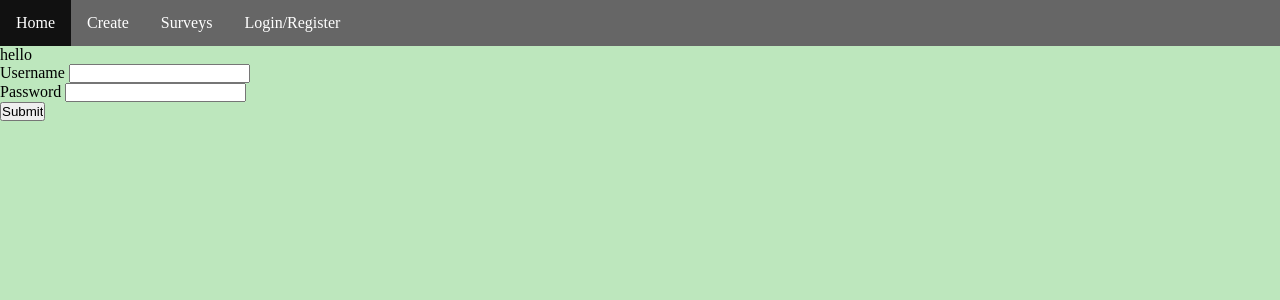
Repository: cakuang1/QuickSurveyReact
Page: /login
An editor plug-in stored every save of this project. The page is shown before and after the next save, followed by the edit.
The browser window is 1280 px wide. The pictures show the whole page.
The project was rebuilt for these pictures with package versions that can differ from the ones it lists, and the page was loaded fresh each time. Also part of the build but not shown: src/pages/create.js, src/pages/home.css, src/pages/home.js, src/pages/pastsurveys.js.

Above is the page before, as saved 2022-07-21 10:52:53.

### src/index.css
* {
  padding: 0;
  margin: 0;
}

body {


  background-color: rgb(189, 231, 189);



}

### src/App.js
import Create from './pages/create'
import Home from './pages/home'
import CreatedSurveys from './pages/pastsurveys'
import Nav from './components/Nav/Nav';
import Login from "./pages/login"

import {BrowserRouter,Route,Routes} from "react-router-dom";





function App() {
  return (
  <BrowserRouter>
    <Nav/>



    <Routes>
      <Route path='/' element = {<Home/>}></Route>
      <Route path = 'create' element = {<Create/>}></Route>
      <Route path = 'created' element = {<CreatedSurveys/>}></Route>
      <Route path = 'login' element = {<Login/>}></Route>
    </Routes>

  </BrowserRouter>

  );
}

export default App;

### src/components/Nav/Nav.js
import React,{useState} from "react";
import { NavLink } from "react-router-dom";
import './nav.css'



export default function Nav() {

    return (
        <div className="Nav">
            <ul>
                <li className="nav"><NavLink to = "/">Home</NavLink></li>
                <li className="nav"><NavLink to = "create">Create</NavLink></li>
                <li className="nav"><NavLink to = "created">Surveys</NavLink></li>
                <li className="nav"><NavLink to = "login">Login/Register</NavLink></li>
            </ul>
        </div>
    )




}

### src/pages/login.js
import React from 'react'
import './login.css'


function Loginform() {

  return (
    <div className='loginform'>hello
      <form>
        <div className="input-container">
          <label>Username </label>
          <input type="text" name="uname" required />

        </div>
        <div className="input-container">
          <label>Password </label>
          <input type="password" name="pass" required />

        </div>
        <div className="button-container">
          <input type="submit" />
        </div>
      </form>
    </div>
  )



}


function Registerform() {
  <div className='loginform'>hello
  </div>




}







export default function Login() {

  return (
    <div className='lrcontainer'>
      <div className='logincontainer'>
        <Loginform/>
      </div>
      <div className='registercontainer'>
        <Registerform/>
      </div>
    </div>

  )
}

### src/components/Nav/nav.css
ul {
    list-style-type: none;
    margin: 0;
    padding: 0;
    overflow: hidden;
    background-color: #666;
  }

  .nav {
    float: left;
  }

  .nav a {
    display: block;
    color: white;
    text-align: center;
    padding: 14px 16px;
    text-decoration: none;
  }



  /* Change the link color to #111 (black) on hover */
  .nav a:hover {
    background-color: #111;
  }

### src/pages/login.css
.lrcontainer {
    display: flex;
}

.logincontainer {
    width: 50%;
    height: 100%;

}


.registercontainer {
    width:50%
}

Loaded but not shown: public/index.html (common file); src/index.js (common file)

After the next save:
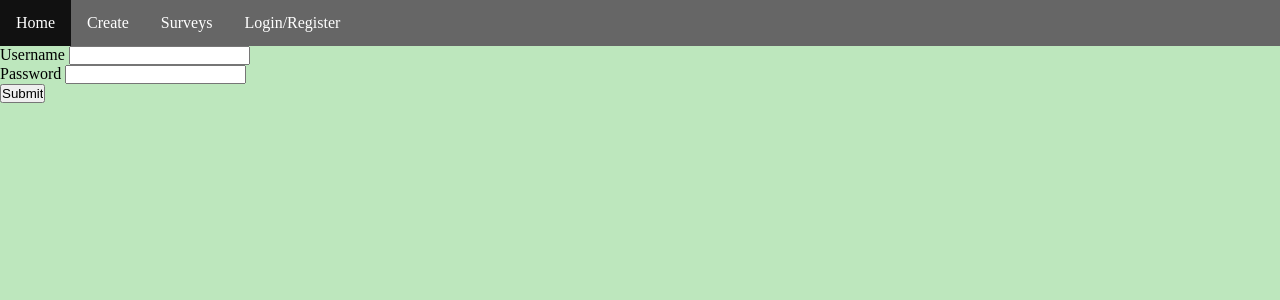
Saved 12 s later.
--- a/src/pages/login.js
+++ b/src/pages/login.js
@@ -5,7 +5,7 @@ import './login.css'
 function Loginform() {
 
   return (
-    <div className='loginform'>hello
+    <div className='loginform'>
       <form>
         <div className="input-container">
           <label>Username </label>
